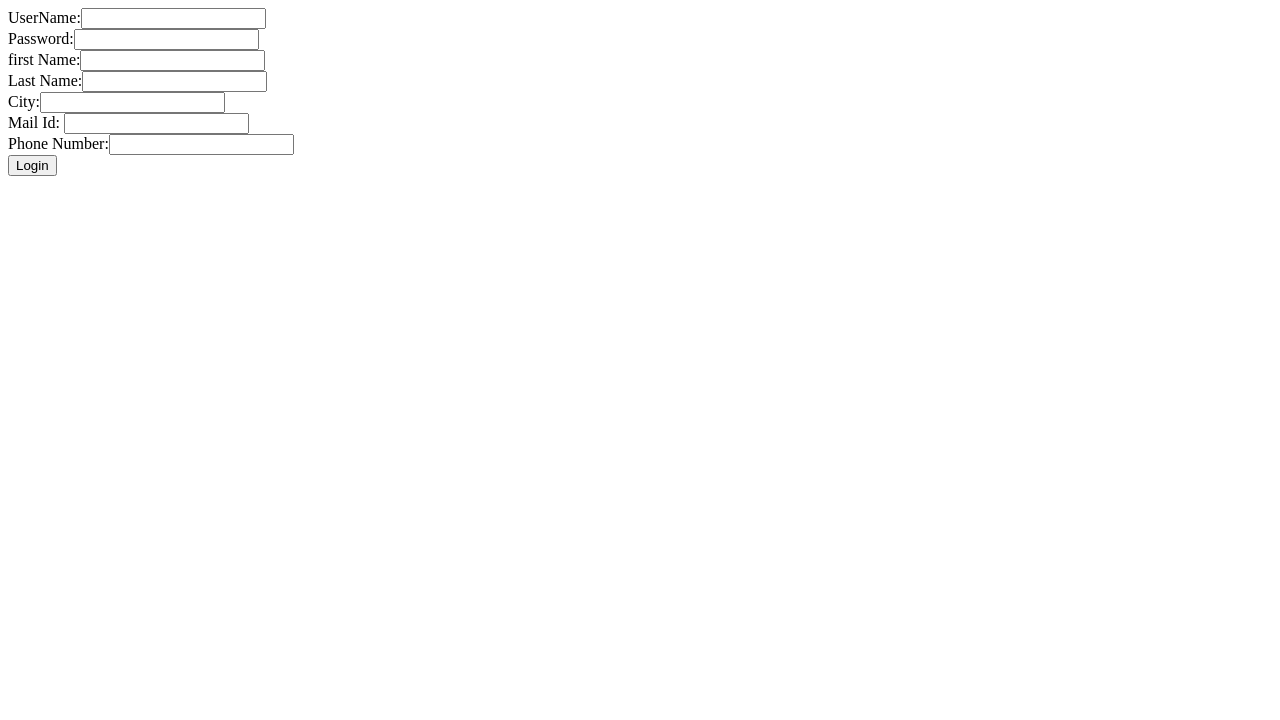
Repository: Purnima-Kushwah11/Online-Product-Management-System
Page: Application1CompleteDatabase/src/main/webapp/CustomerLogin.html
The author's editor kept a copy of each file at every save. The page is drawn from the files as they stood at one save, then again after the next save.
The browser window is 1280 px wide. The pictures show the whole page.

Above is the page before, as saved 2025-02-20 17:13:10.

### Application1CompleteDatabase/src/main/webapp/CustomerLogin.html
<!DOCTYPE html>
<html>
<head>
<meta charset="UTF-8">
<title>Insert title here</title>
</head>
<body>
<form action="Customer" method="post">
UserName:<input type="text" name="uname"><br>
Password:<input type="password" name="pword"><br>
first Name:<input type="text" name="fname"><br>
Last Name:<input type="text" name="lname"><br>
City:<input type="text" name="city"><br>
Mail Id: <input type="text" name="mid"><br>
Phone Number:<input type="text" name="phno"><br>
<input type="submit" value="Login">

</form>

</body>
</html>

After the next save:
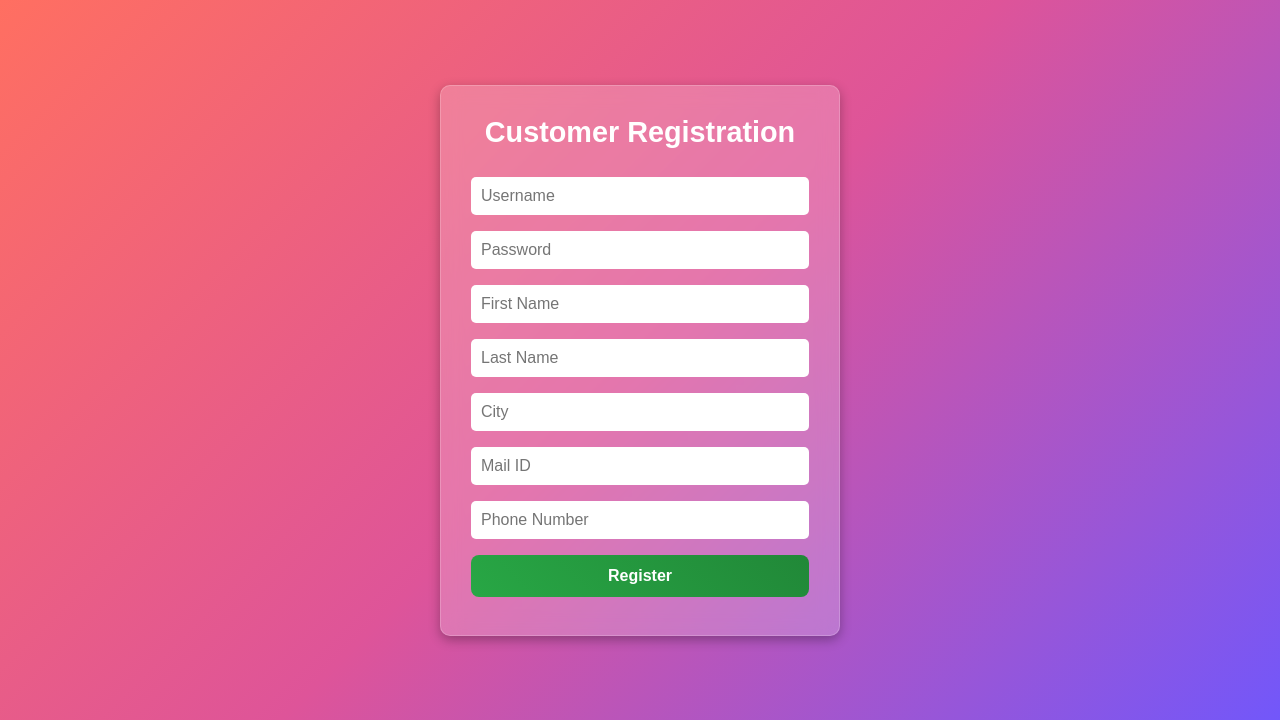
Saved 3 min 3 s later.
--- a/Application1CompleteDatabase/src/main/webapp/CustomerLogin.html
+++ b/Application1CompleteDatabase/src/main/webapp/CustomerLogin.html
@@ -1,21 +1,141 @@
 <!DOCTYPE html>
-<html>
+<html lang="en">
 <head>
-<meta charset="UTF-8">
-<title>Insert title here</title>
+    <meta charset="UTF-8">
+    <meta name="viewport" content="width=device-width, initial-scale=1.0">
+    <title>Customer Registration</title>
+    <style>
+        /* Reset Styles */
+        * {
+            margin: 0;
+            padding: 0;
+            box-sizing: border-box;
+        }
+
+        /* Body Background */
+        body {
+            font-family: Arial, sans-serif;
+            background: linear-gradient(135deg, #FF6F61, #DE5499, #7257FA);
+            display: flex;
+            justify-content: center;
+            align-items: center;
+            height: 100vh;
+            margin: 0;
+        }
+
+        /* Form Container */
+        .form-container {
+            background: rgba(255, 255, 255, 0.2);
+            padding: 30px;
+            border-radius: 10px;
+            box-shadow: 0 4px 12px rgba(0, 0, 0, 0.3);
+            width: 100%;
+            max-width: 400px;
+            text-align: center;
+            backdrop-filter: blur(10px);
+            border: 1px solid rgba(255, 255, 255, 0.2);
+            animation: fadeIn 1s ease-in-out;
+        }
+
+        /* Heading */
+        h2 {
+            color: white;
+            margin-bottom: 20px;
+            font-size: 1.8rem;
+        }
+
+        /* Input Fields */
+        input {
+            width: 100%;
+            padding: 10px;
+            margin: 8px 0;
+            border: none;
+            border-radius: 5px;
+            font-size: 16px;
+        }
+
+        /* Submit Button */
+        .register-btn {
+            background: linear-gradient(45deg, #28a745, #218838);
+            color: white;
+            border: none;
+            cursor: pointer;
+            font-size: 16px;
+            font-weight: bold;
+            padding: 12px;
+            width: 100%;
+            border-radius: 8px;
+            transition: 0.3s;
+        }
+
+        .register-btn:hover {
+            transform: translateY(-3px);
+            box-shadow: 0 4px 10px rgba(40, 167, 69, 0.3);
+        }
+
+        /* Animation */
+        @keyframes fadeIn {
+            from { opacity: 0; transform: translateY(-20px); }
+            to { opacity: 1; transform: translateY(0); }
+        }
+
+        /* Responsive */
+        @media (max-width: 600px) {
+            .form-container {
+                padding: 20px;
+            }
+
+            h2 {
+                font-size: 1.5rem;
+            }
+
+            input {
+                font-size: 14px;
+            }
+
+            .register-btn {
+                font-size: 14px;
+                padding: 10px;
+            }
+        }
+    </style>
 </head>
 <body>
-<form action="Customer" method="post">
-UserName:<input type="text" name="uname"><br>
-Password:<input type="password" name="pword"><br>
-first Name:<input type="text" name="fname"><br>
-Last Name:<input type="text" name="lname"><br>
-City:<input type="text" name="city"><br>
-Mail Id: <input type="text" name="mid"><br>
-Phone Number:<input type="text" name="phno"><br>
-<input type="submit" value="Login">
 
-</form>
+    <div class="form-container">
+        <h2>Customer Registration</h2>
+        <form name="registerForm" action="Customer" method="post" onsubmit="return validateForm()">
+            <input type="text" name="uname" placeholder="Username" required>
+            <input type="password" name="pword" placeholder="Password" required>
+            <input type="text" name="fname" placeholder="First Name" required>
+            <input type="text" name="lname" placeholder="Last Name" required>
+            <input type="text" name="city" placeholder="City" required>
+            <input type="email" name="mid" placeholder="Mail ID" required>
+            <input type="text" name="phno" placeholder="Phone Number" required>
+            <input type="submit" value="Register" class="register-btn">
+        </form>
+    </div>
+
+    <script>
+        function validateForm() {
+            let phone = document.registerForm.phno.value;
+            let mail = document.registerForm.mid.value;
+            let phonePattern = /^[6-9]\d{9}$/;
+            let mailPattern = /^[a-zA-Z0-9._%+-]+@[a-zA-Z0-9.-]+\.[a-zA-Z]{2,}$/;
+
+            if (!phonePattern.test(phone)) {
+                alert("Enter a valid 10-digit phone number.");
+                return false;
+            }
+
+            if (!mailPattern.test(mail)) {
+                alert("Enter a valid email address.");
+                return false;
+            }
+
+            return true;
+        }
+    </script>
 
 </body>
 </html>
